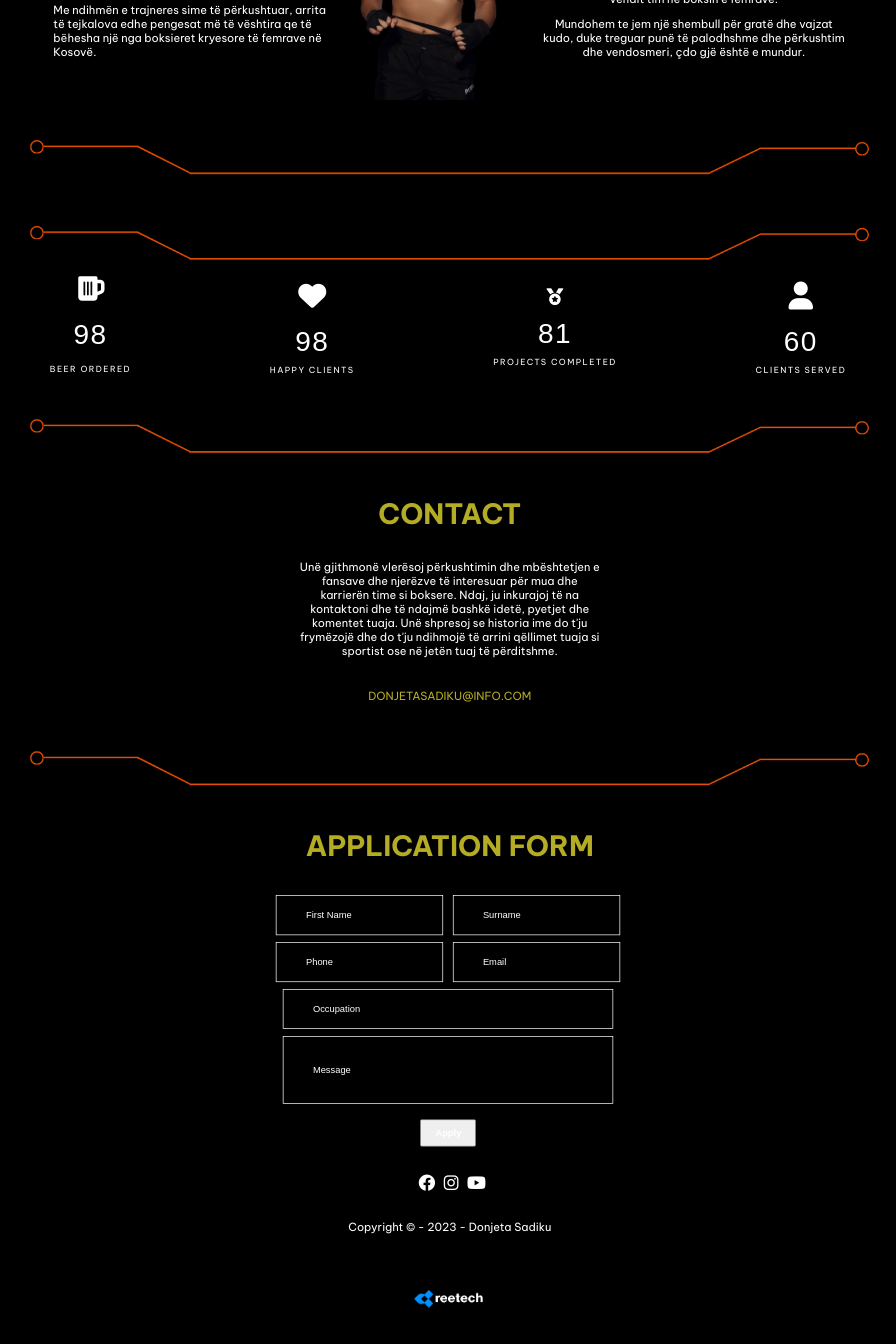
Repository: milot-morina/ds-boxing
Page: DS-Portfolio/index.html
An editor plug-in stored every save of this project. The page is shown before and after the next save, followed by the edit.
The browser window is 1280 px wide. The pictures show the part of the page from y = 2450 to 4370 px (the page is 4370 px tall before and 4351 px after), at 70% of full size.
A picture or video elsewhere on the page could not be fetched, so the positions and the page height are approximate.

Above is the page before, as saved 2023-03-22 08:23:29.

After the next save:
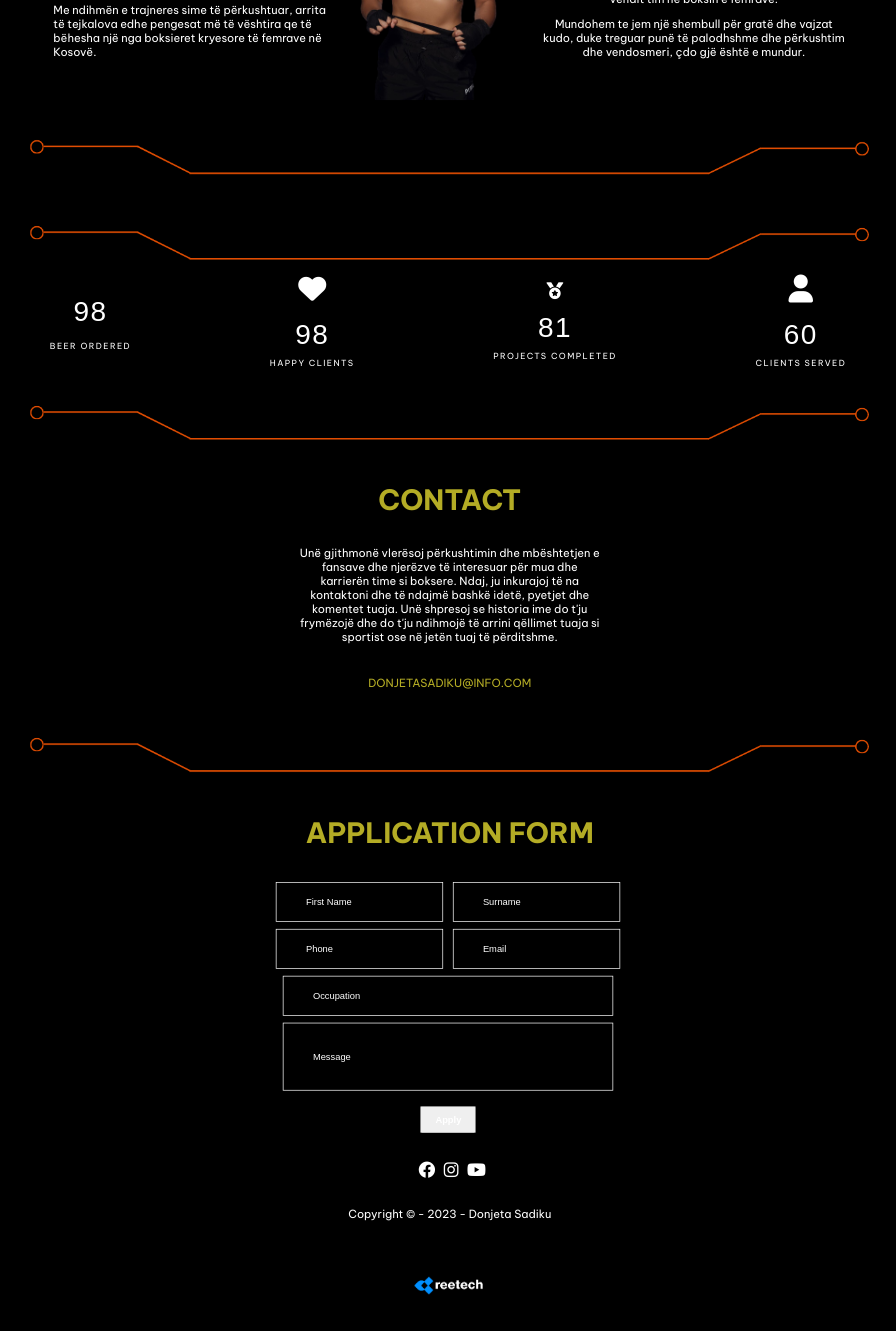
Saved 117 s later.
--- a/DS-Portfolio/index.html
+++ b/DS-Portfolio/index.html
@@ -131,7 +131,7 @@
       <div class="row">
         <!-- counter -->
         <div class="col-md-3 col-sm-6 bottom-margin text-center counter-section wow fadeInUp sm-margin-bottom-ten animated" data-wow-duration="300ms" style="visibility: visible; animation-duration: 300ms; animation-name: fadeInUp;">
-          <i class="fa fa-beer medium-icon"></i>
+          <i class="fa-solid fa-trophy-star"></i>
           <span id="anim-number-pizza" class="counter-number"></span>
           <span class="timer counter alt-font appear" data-to="98" data-speed="7000">280</span>
           <p class="counter-title">Beer Ordered</p>
